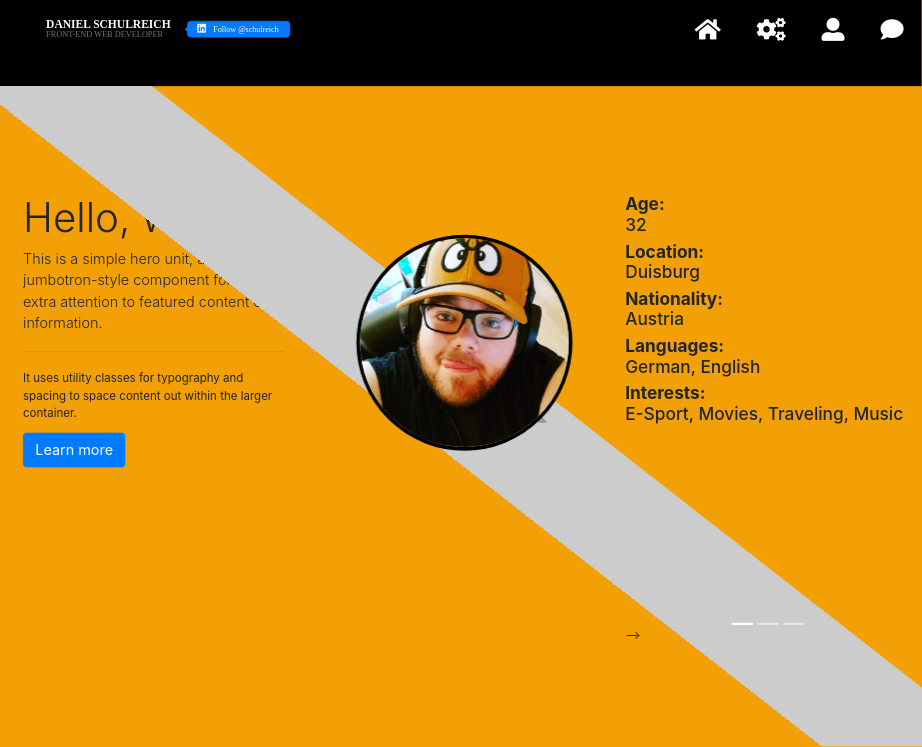
Repository: schulreich/my_portfolio
Page: portfolio.html
These files come from the project's save history. The page is drawn as it stood at one moment and after the next save; the edit follows.
The browser window is 1280 px wide. The pictures show the whole page, at 72% of full size.
Some web fonts or font styles are not loaded; a fallback is used. Some web libraries are served in a nearby version.

Above is the page before, as saved 2020-06-17 18:53:58.

After the next save:
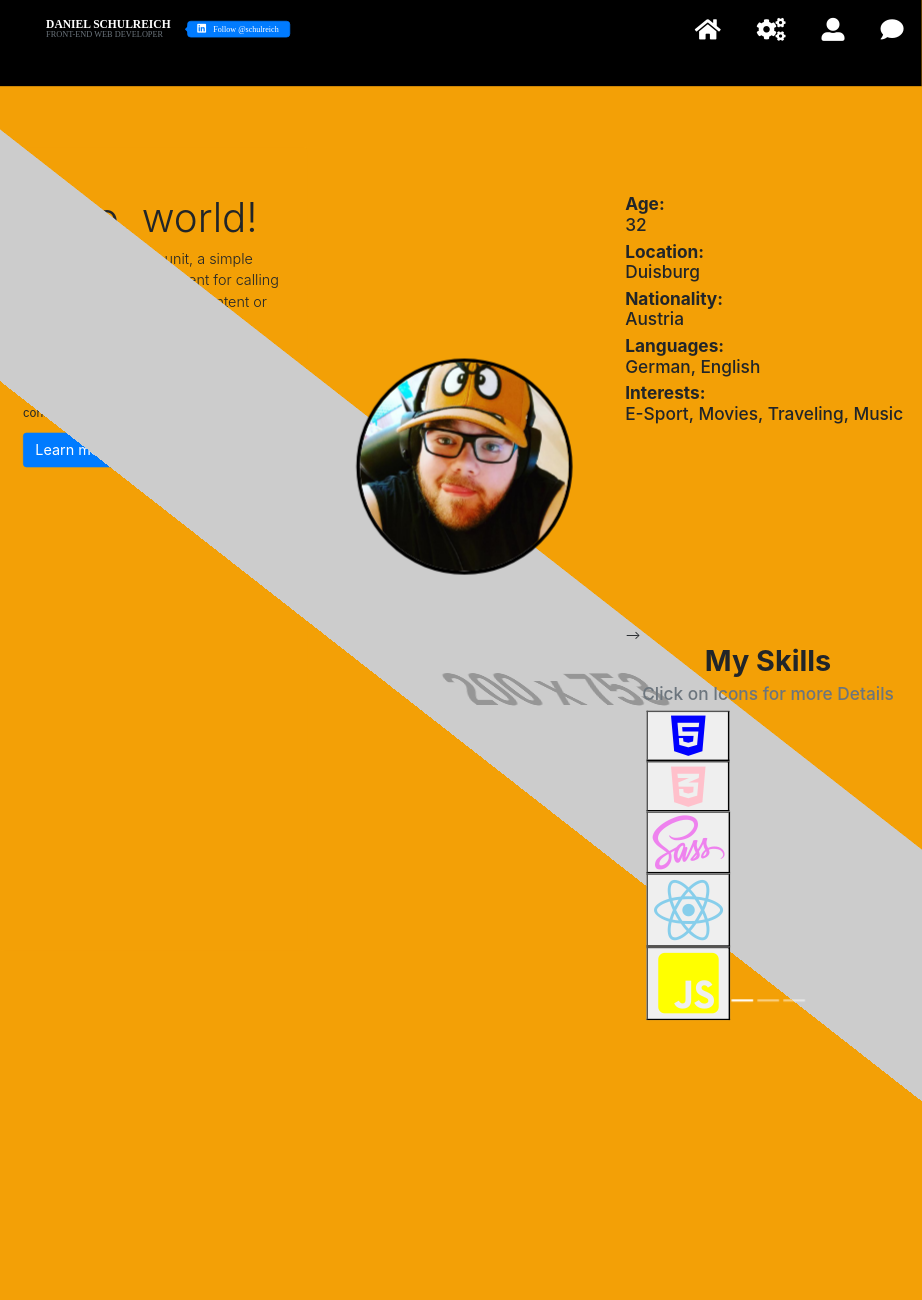
Saved 6 s later.
--- a/portfolio.html
+++ b/portfolio.html
@@ -179,7 +179,7 @@
               <h4><strong>Interests:</strong> <br> E-Sport, Movies, Traveling, Music</h4>
         </div>
       -->
-        <div class="carousel-item">
+        <div class="carousel-item active">
             <aside class="skills text-center">
               <h1><strong>My Skills</strong></h1>
               <h4 class="text-muted">Click on Icons for more Details</h4>
